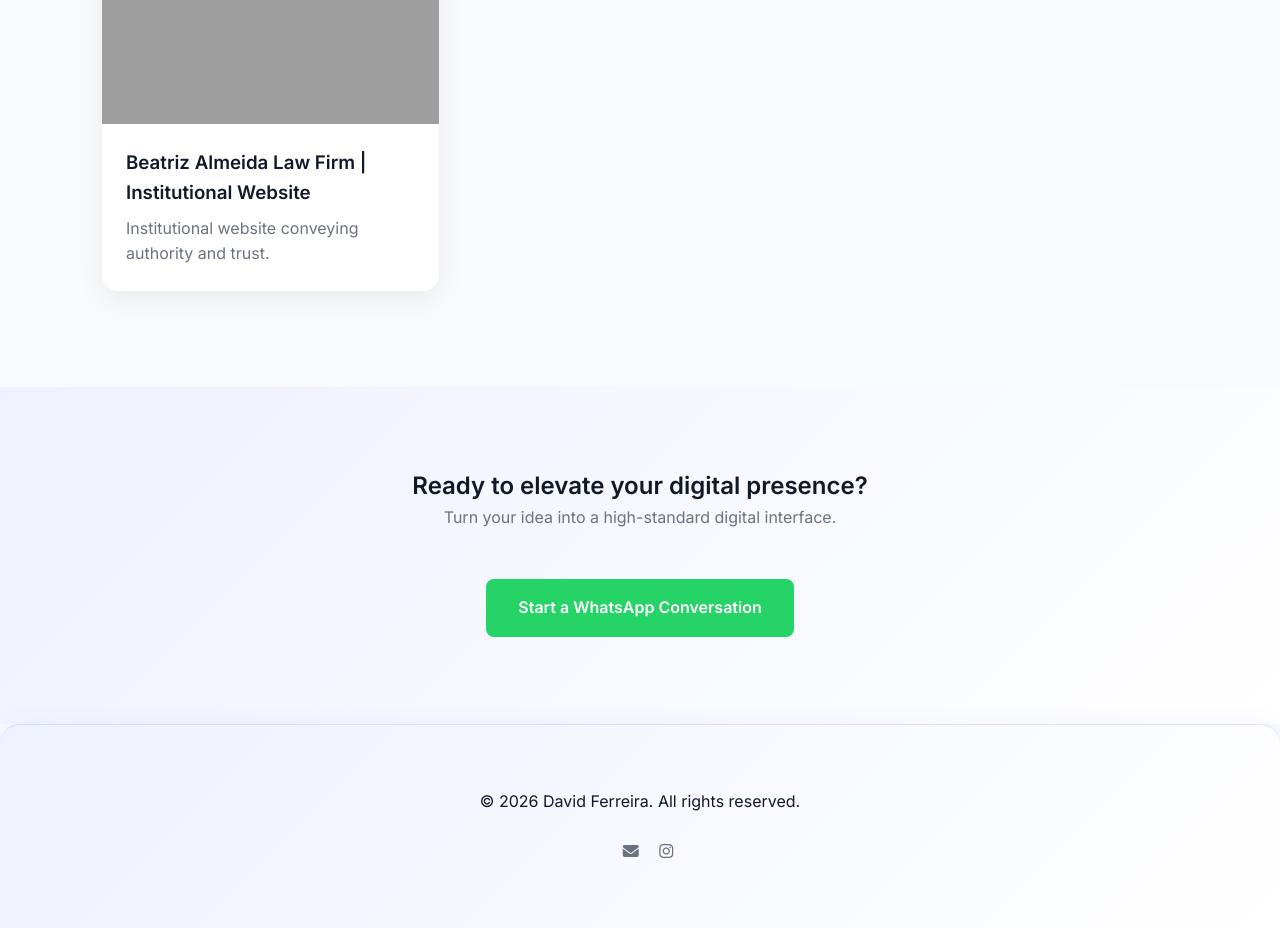
Repository: davidfsillva/David_Ferreira
Page: index.html
The author's editor kept a copy of each file at every save. The page is drawn from the files as they stood at one save, then again after a run of saves.
The browser window is 1280 px wide. The pictures show the part of the page from y = 1994 to 2946 px (the page is 2922 px tall before and 2946 px after).
Pictures or frames that could not be fetched are drawn as grey boxes.

Above is the page before, as saved 2026-02-11 15:19:25.
Console error: TypeError: Cannot read properties of null (reading 'addEventListener')

After the next 3 saves:
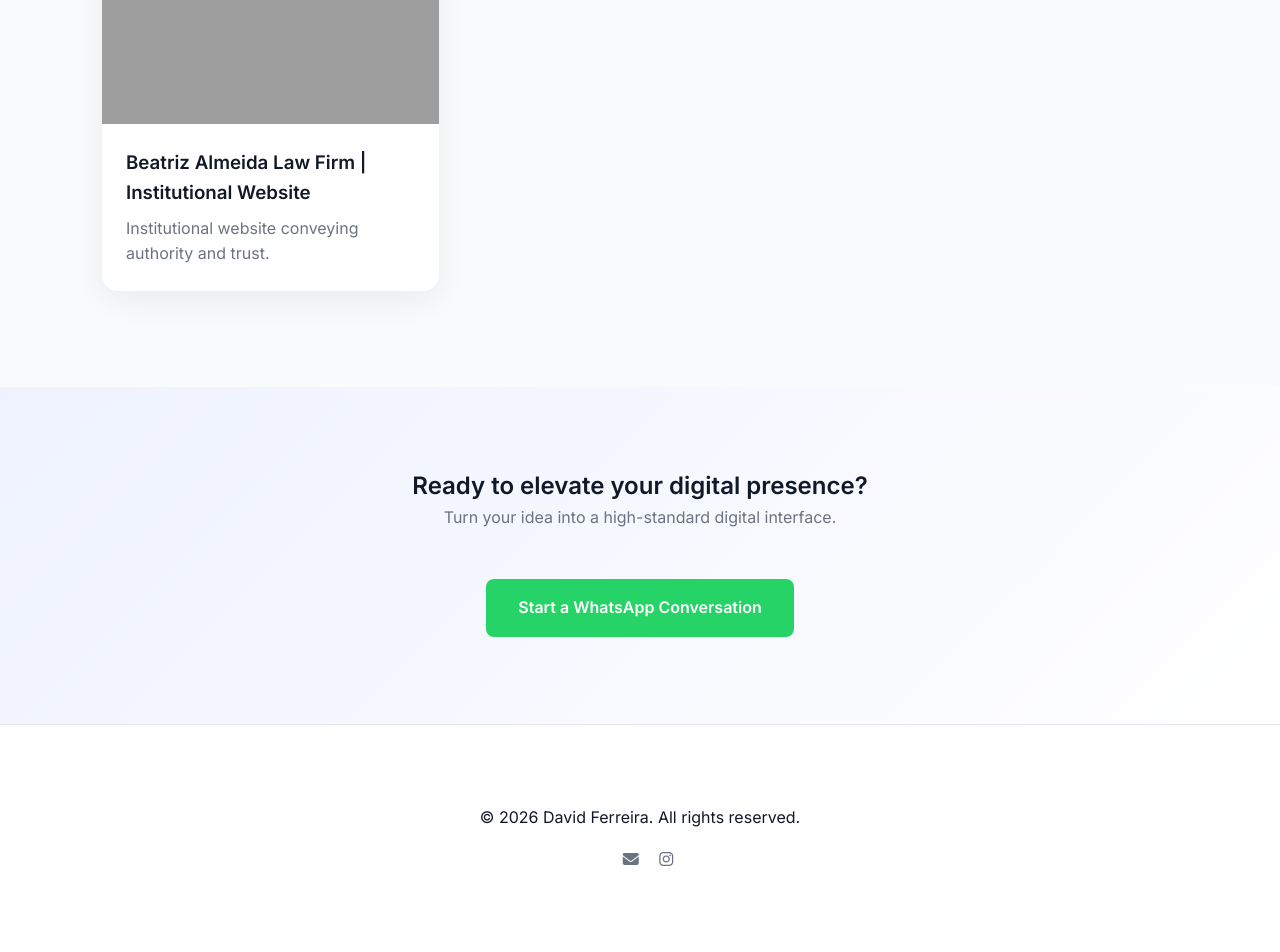
The 3 saves are shown as one change because they came seconds apart.
The last was saved 10 s later.
--- a/style.css
+++ b/style.css
@@ -405,22 +405,18 @@ body {
 
 /* FOOTER */
 footer {
-  padding: 4rem 8%;
-  background: linear-gradient(135deg, #eef2ff, #ffffff);
-  border-top: 1px solid rgba(99,102,241,0.2);
+  padding: 5rem 8%;
+  background: var(--white);
+  border-top: 1px solid #e5e7eb;
   text-align: center;
-  border-radius: 20px 20px 0 0;
-  box-shadow: 0 -4px 20px rgba(99,102,241,0.05);
 }
 
 .footer-content {
   display: flex;
-  flex-direction: column;
-  align-items: center;
-  gap: 1.5rem;
-}
-
-
+  flex-direction: column; /*empilha elementos verticalmente */
+  align-items: center;    /* centraliza horizontalmente */
+  gap: 1rem;              /* espaçamento entre elementos */
+}
 
 .social-links a {
   text-decoration: none;
